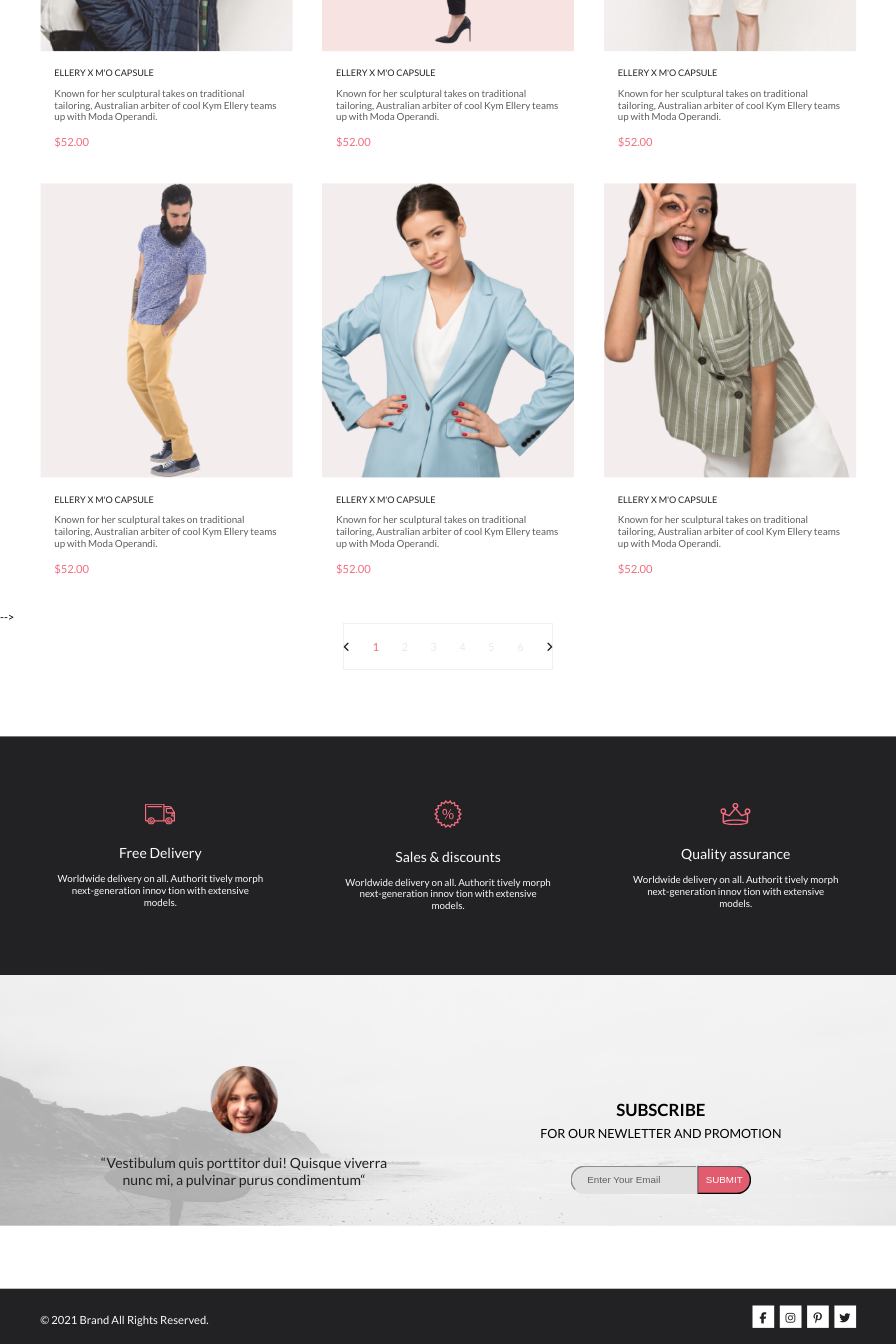
Repository: shtepaa/work-show-linkid
Page: les01/catalog.html
The author's editor kept a copy of each file at every save. The page is drawn from the files as they stood at one save, then again after the next save.
The browser window is 1280 px wide. The pictures show the part of the page from y = 730 to 2650 px (the page is 2650 px tall before and 2631 px after), at 70% of full size.
Some web libraries are served in a nearby version. The style sheet was rebuilt from its Sass, Less or Tailwind sources for each picture, by a compiler version that may differ from the author's.

Above is the page before, as saved 2022-02-26 11:46:50.

After the next save:
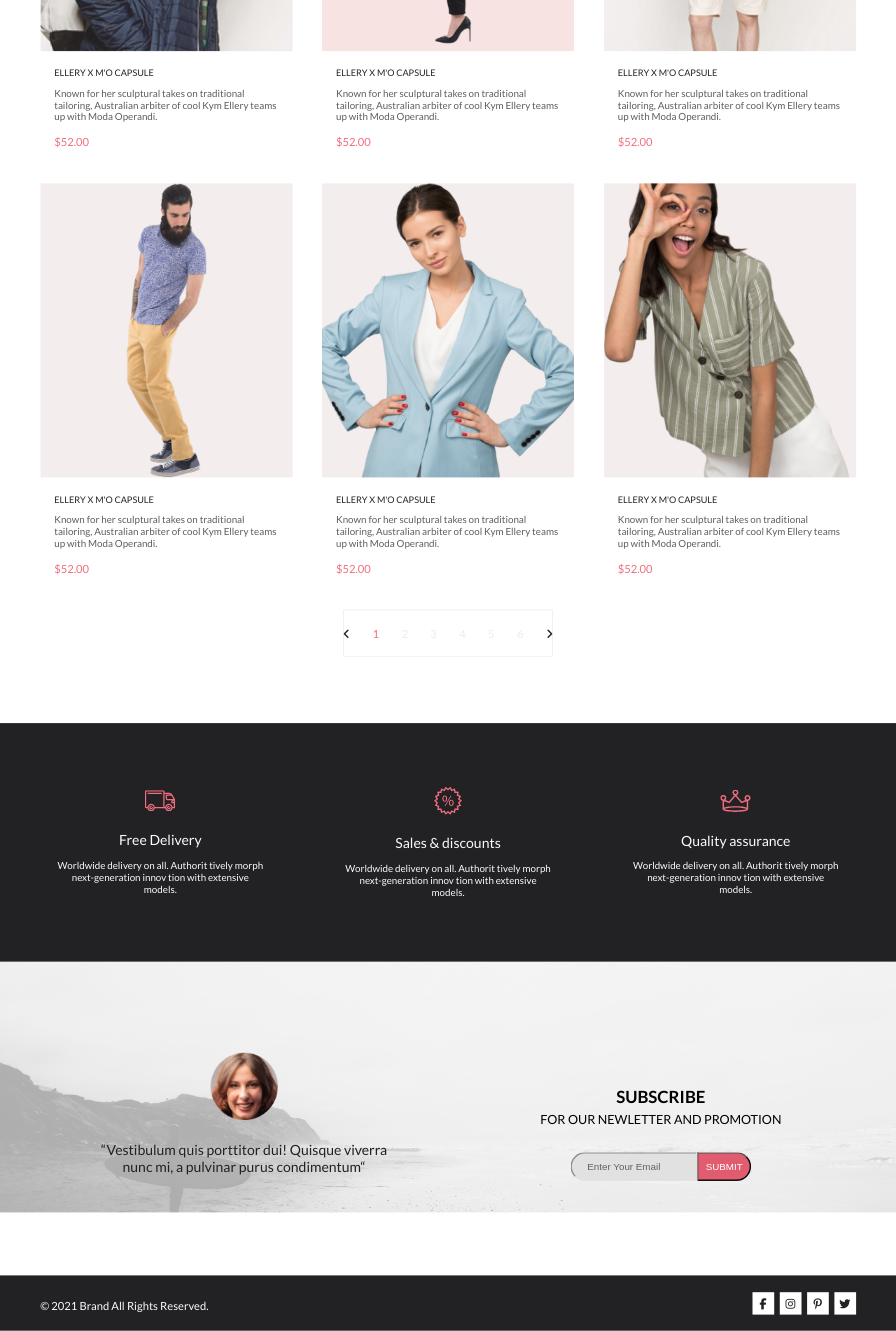
Saved 30 s later.
--- a/les01/catalog.html
+++ b/les01/catalog.html
@@ -331,7 +331,7 @@
           </div>
         </div>
       </div>
-    </section> -->
+    </section>
 
     <div class="container">
       <div class="pagination-box">
